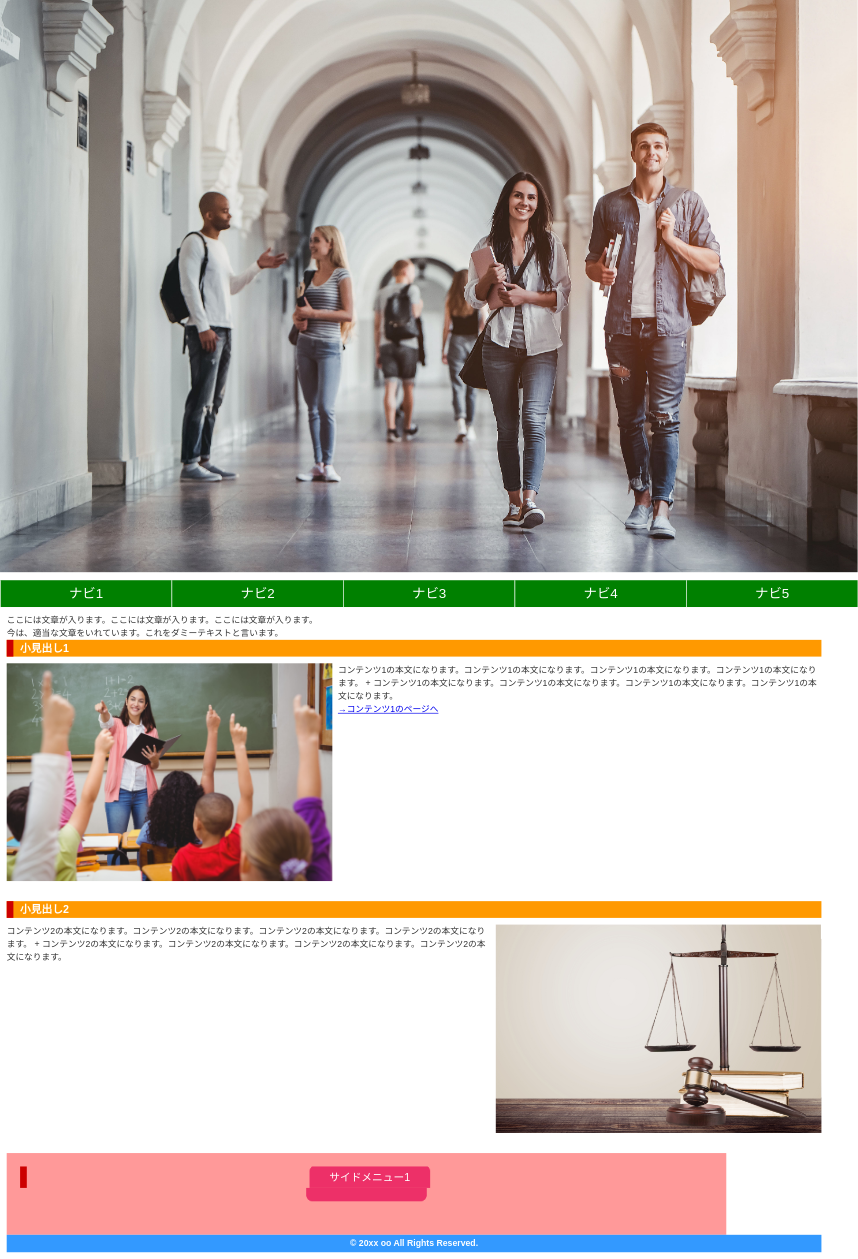
Repository: hikaru1226/samurai_HTML-CSS
Page: home.html
The author's editor kept a record of every edit. The page is drawn from the files as they stood at one moment, then again after the next edit.
The browser window is 1280 px wide. The pictures show the whole page, at 67% of full size.

Above is the page before.

After the next edit:
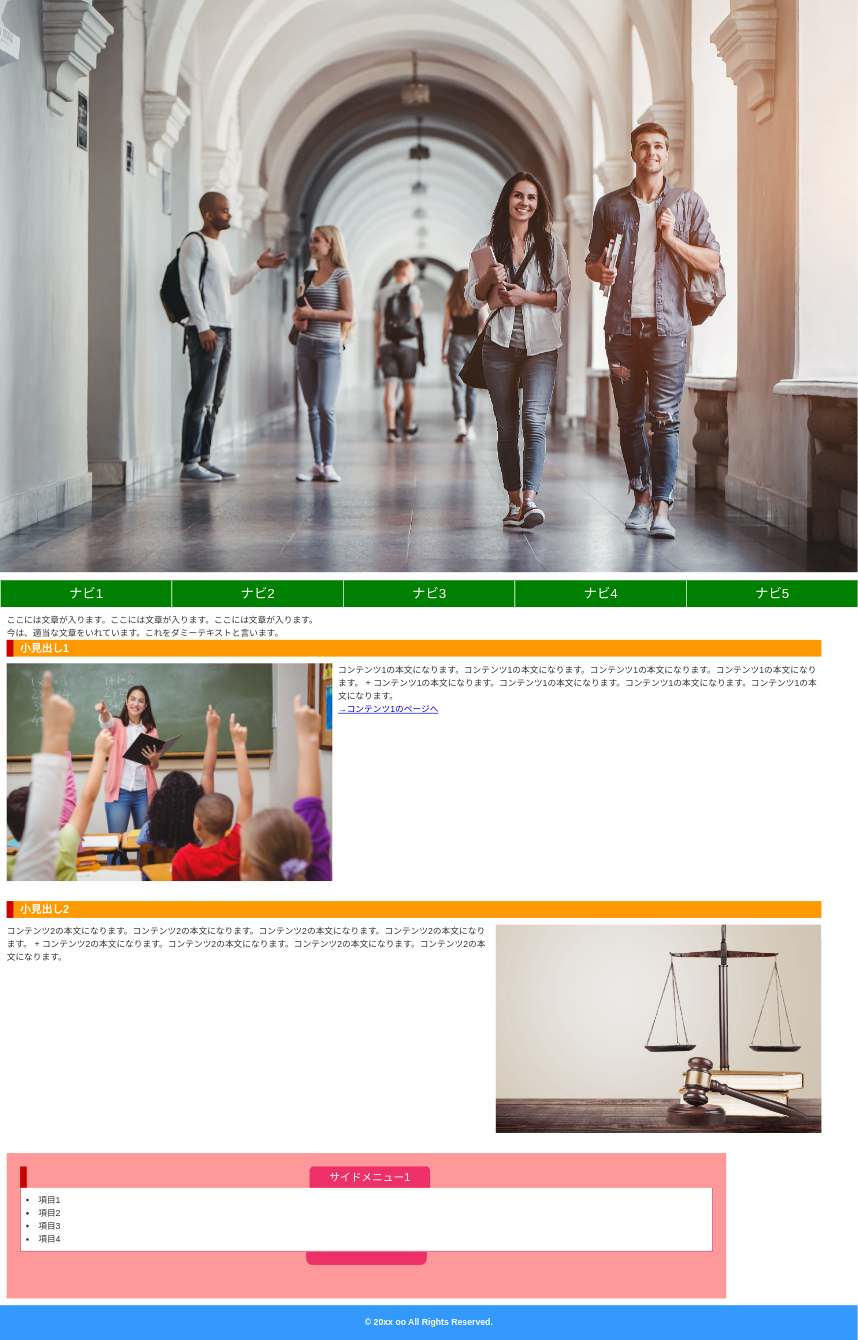
The edit:
--- a/home.html
+++ b/home.html
@@ -43,7 +43,13 @@
                 <div id="side">
                     <div class="box">
                         <h2>サイドメニュー1</h2>
-                        <div class=
+                        <div class="boxBody"
+                        <ul>
+                            <li>項目1</li>
+                            <li>項目2</li>
+                            <li>項目3</li>
+                            <li>項目4</li>
+                        </ul>
                     </div>
                 </div>
             </div>
